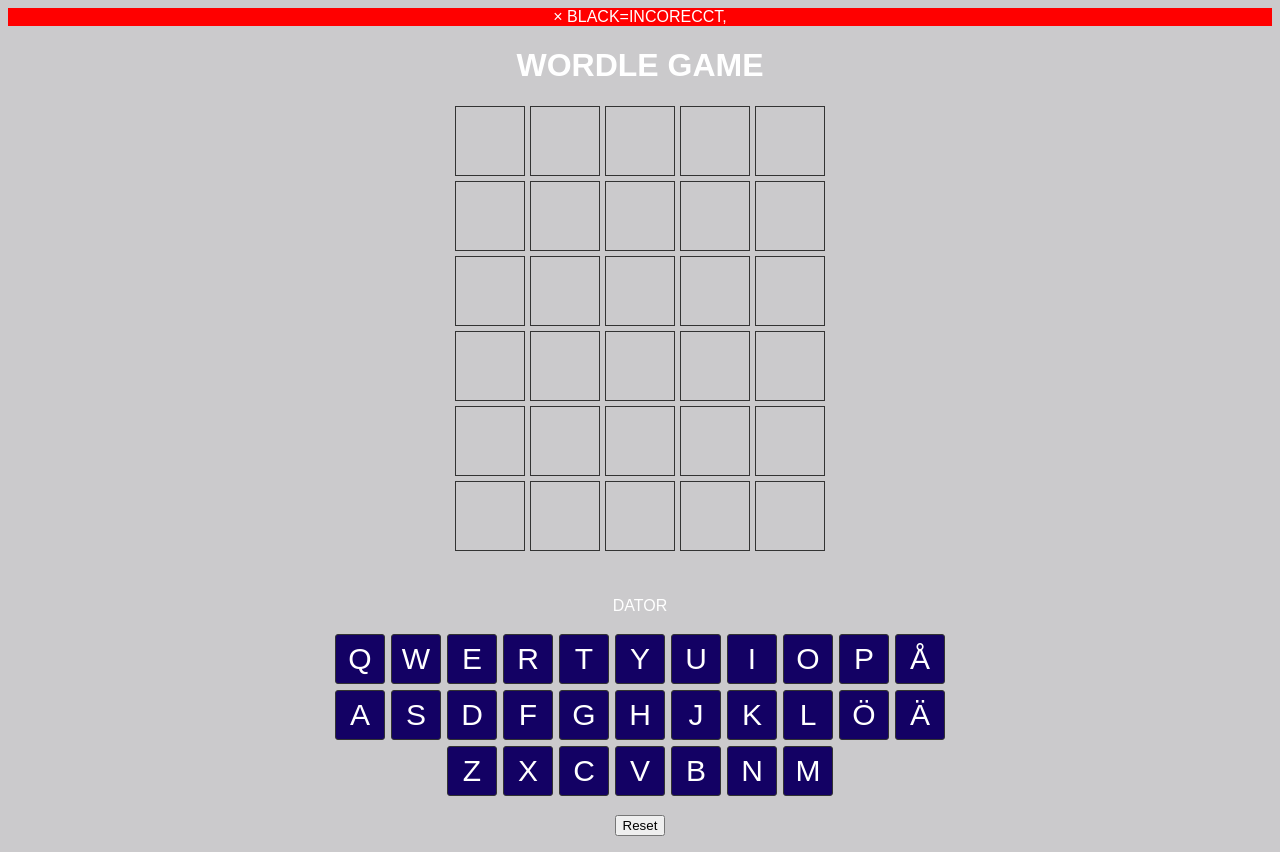
Repository: KarimIsaac/WorldeGame
Page: index.html
The author's editor kept a copy of each file at every save. The page is drawn from the files as they stood at one save, then again after a run of saves.
The browser window is 1280 px wide. The pictures show the whole page.

Above is the page before, as saved 2022-03-13 07:41:18.

### index.html
<!DOCTYPE html>
<html lang="en">
<head>
    <meta charset="UTF-8">
    <meta http-equiv="X-UA-Compatible" content="IE=edge">
    <meta name="viewport" content="width=device-width, initial-scale=1.0">
    <title>Worlde Game</title>
    <link rel="stylesheet" href="style.css">
</head>
<body>
    <div class="alert">
        <span class="closebtn" onclick="this.parentElement.style.display='none';">&times;</span>
      Black=incorecct,
      </div>
    <h1>Wordle Game</h1>
    <div id="grid"></div>
    <p id="answer"></p>
    <div id="keyboard"></div>

    <p>
      <button onClick="init()">Reset</button>
      </o>

      <script src="script.js"></script>
</body>
</html>

### style.css
html,
body {
  text-align: center;
  background: rgb(203, 202, 204);
  color: white;
  text-transform: uppercase;
  font-family: sans-serif;
}

#grid {
  display: inline-grid;
  grid-template-rows: repeat(6, 70px);
  grid-template-columns: repeat(5, 70px);
  gap: 5px;
  margin-bottom: 30px;
}

#grid div {
  border: 1px solid #333;
  display: flex;
  align-items: center;
  justify-content: center;
  font-size: 40px;
}

#keyboard button {
  appearance: none;
  border: 1px solid #333;
  background: rgb(19, 1, 100);
  color: rgb(255, 255, 255);
  font-size: 30px;
  display: inline-block;
  width: 50px;
  height: 50px;
  line-height: 1;
  margin: 3px;
  text-transform: uppercase;
  border-radius: 3px;
}

.alert{
background-color: red;

}

### script.js
const grid = document.getElementById("grid");
const keyboard = document.getElementById("keyboard");

let answer = "";

const words = [
, "spela"
, "äpple"
, "hoppa"
, "dansa"
, "dator"
, "cykla"
, "skola"
, "TRÄNA"
];

let attempts = [];
let currentAttempt = "";

function drawGrid() {
  grid.innerHTML = "";

  for (i = 0; i < 6; i++) {
    for (j = 0; j < 5; j++) {
      const cell = document.createElement("div");
      grid.appendChild(cell);
    }
  }
}

function drawKeyboard() {
  keyboard.innerHTML = "";

  renderKeyboardRow("qwertyuiopå");
  renderKeyboardRow("asdfghjklöä");
  renderKeyboardRow("zxcvbnm");
}

function renderKeyboardRow(chars) {
  const row = document.createElement("div");

  for (const c of chars) {
    const key = document.createElement("button");
    key.textContent = c;
    key.onclick = () => playLetter(c);

    row.appendChild(key);
  }

  keyboard.appendChild(row);
}

function renderAttempts() {
  for (i = 0; i < attempts.length; i++) {
    const attempt = attempts[i];

    for (j = 0; j < 5; j++) {
      const letter = attempt[j];

      cell = grid.children[i * 5 + j];
      cell.textContent = letter;

      if (letter === answer[j]) {
        cell.style.backgroundColor = "green";
      } else if (answer.includes(letter)) {
        cell.style.backgroundColor = "#bfbf2e";
      } else {
        cell.style.backgroundColor = "#000";
      }
    }
  }
}

function renderCurrentAttempt() {
  for (i = 0; i < 5; i++) {
    const letter = currentAttempt[i] || "";

    cell = grid.children[attempts.length * 5 + i];
    cell.textContent = letter;
  }
}

function playLetter(letter) {
  currentAttempt = currentAttempt + letter;

  renderCurrentAttempt();
}

function handleInput(e) {
  const key = e.key.toLowerCase();

  if (key === "enter" && currentAttempt.length === 5) {
    attempts.push(currentAttempt);
    currentAttempt = "";

    renderAttempts();
  }

  if (key === "backspace" && currentAttempt.length) {
    const letters = currentAttempt.split("");
    letters.pop();
    currentAttempt = letters.join("");

    renderCurrentAttempt();
  }

  if (/^[a-z]$/.test(key) && currentAttempt.length < 5) {
    playLetter(key);
  }
}

function init() {
  attempts = [];
  currentAttempt = "";

  answer = words[Math.floor(Math.random() * words.length)];

  document.getElementById("answer").textContent = answer;

  drawGrid();
  drawKeyboard();

  renderAttempts();
  renderCurrentAttempt();

  document.removeEventListener("keydown", handleInput);
  document.addEventListener("keydown", handleInput);
}

init();

After the next 2 saves:
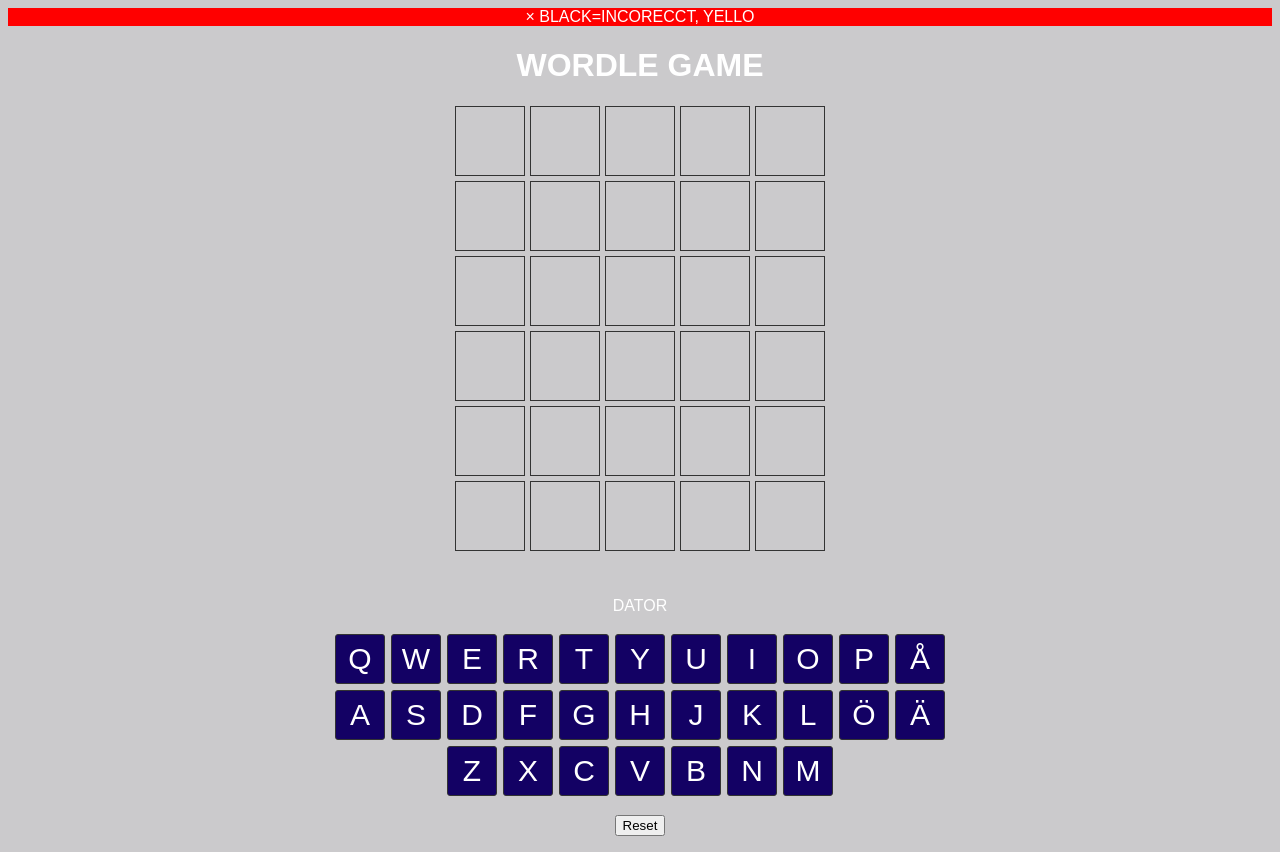
The 2 saves are shown as one change because they came seconds apart.
The last was saved 5 s later.
--- a/index.html
+++ b/index.html
@@ -10,7 +10,7 @@
 <body>
     <div class="alert">
         <span class="closebtn" onclick="this.parentElement.style.display='none';">&times;</span>
-      Black=incorecct,
+      Black=incorecct, yello
       </div>
     <h1>Wordle Game</h1>
     <div id="grid"></div>
